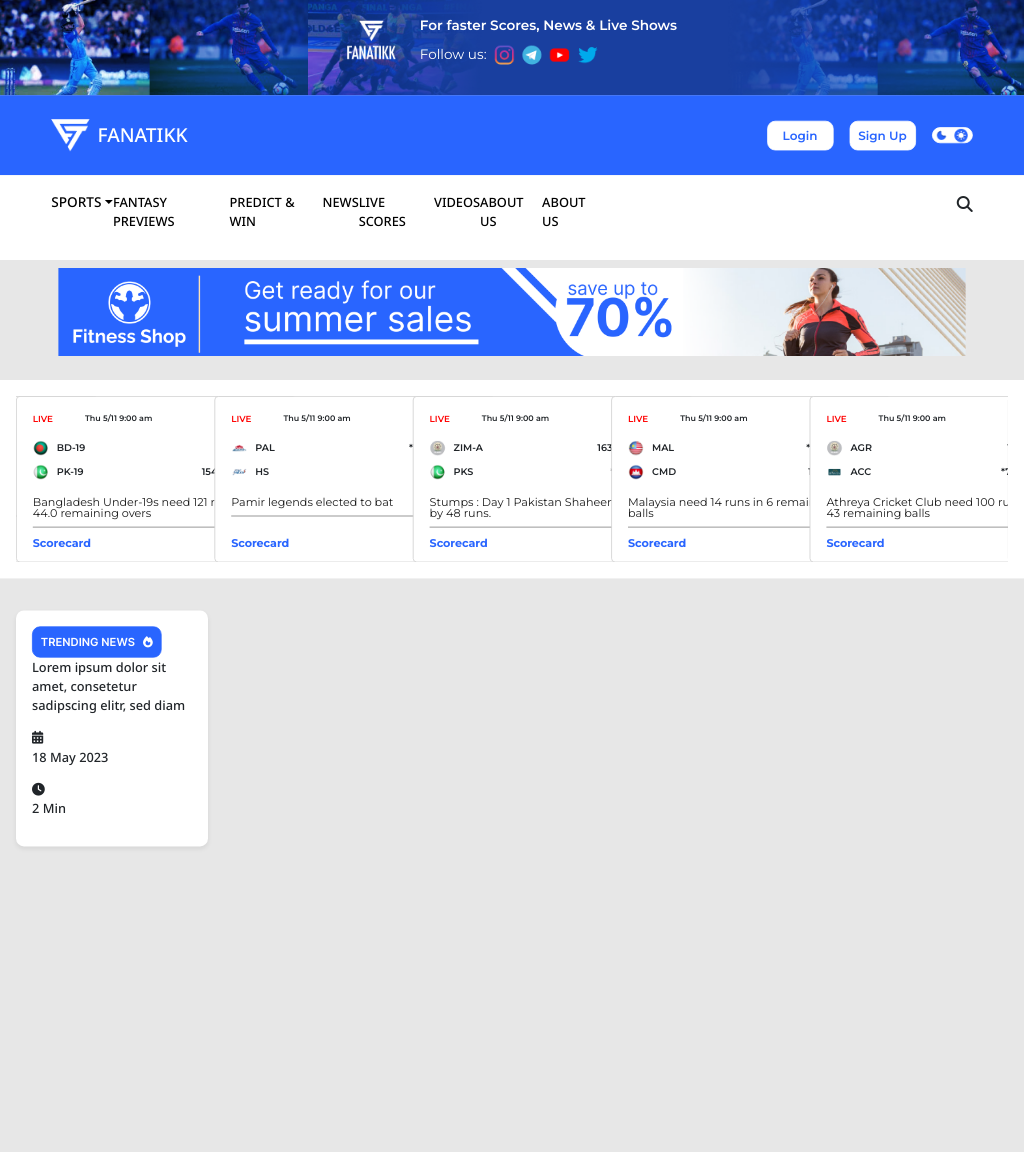
Repository: FlyweisReact/Kannapa
Page: /
An editor plug-in stored every save of this project. The page is shown before and after the next save, followed by the edit.
The browser window is 1280 px wide. The pictures show the whole page, at 80% of full size.
Some web libraries are served in a nearby version. The project was rebuilt for these pictures with package versions that can differ from the ones it lists, and the page was loaded fresh each time. Also part of the build but not shown: src/Components/Layout/Footer.js, src/Components/Sliders/Index-video-Slider.js, src/Components/firstScreen.jsx, src/Components/secondScreen.jsx, src/Components/thirdScreen.jsx, src/Components/fourthScreen.jsx, src/CSS/Footer.css.

Above is the page before, as saved 2023-06-03 13:34:03.

### public/index.html
<!DOCTYPE html>
<html lang="en">
  <head>
    <meta charset="utf-8" />
    <link rel="icon" href="%PUBLIC_URL%/favicon.ico" />
    <meta name="viewport" content="width=device-width, initial-scale=1" />
    <meta name="theme-color" content="#000000" />
    <meta
      name="description"
      content="Web site created using create-react-app"
    />
    <link rel="apple-touch-icon" href="%PUBLIC_URL%/logo192.png" />

    <link rel="manifest" href="%PUBLIC_URL%/manifest.json" />
    <link href="https://fonts.googleapis.com/css2?family=Roboto+Mono:ital,wght@1,300&display=swap" rel="stylesheet">
    <title>React App</title>
  </head>
  <body>
    <noscript>You need to enable JavaScript to run this app.</noscript>
    <div id="root"></div>
    <script src="https://code.jquery.com/jquery-3.6.0.min.js"></script>
    <script src="https://kit.fontawesome.com/b533b351e4.js" crossorigin="anonymous"></script>
  </body>
</html>

### src/index.js
import React from 'react';
import ReactDOM from 'react-dom/client';
import './index.css';
import App from './App';
import {BrowserRouter} from "react-router-dom";
import 'bootstrap/dist/css/bootstrap.min.css';
import 'slick-carousel/slick/slick.css';
import 'slick-carousel/slick/slick-theme.css';

const root = ReactDOM.createRoot(document.getElementById('root'));
root.render(
  <React.StrictMode>
    <BrowserRouter>
      <App />
    </BrowserRouter>
  </React.StrictMode>
);

### src/index.css
/* Fonts */
@font-face {
  font-family:  Noto Sans;
  src: url(../Fonts/NotoSans-Medium.ttf);
}
@font-face {
  font-family:  Montserrat;
  src: url(../Fonts/Montserrat-Italic-VariableFont_wght.ttf);
}
@font-face {
  font-family:  MontserratNormal;
  src: url(../Fonts/Montserrat-VariableFont_wght.ttf);
}
@font-face {
  font-family:  Inter;
  src: url(../Fonts/Inter-VariableFont_slnt\,wght.ttf);
}

/* Var() */
:root {
  --mediumFont: 24px;
}


body {
  margin: 0;
  font-family: NOto Sans;
  background-color: #e7e7e7 !important;
}
* {
  padding: 0;
  margin: 0;
  font-family: Noto Sans;
}
code {
  font-family:Noto Sans;
}
html{
  font-family: Noto Sans;
}

/* === first screen styling ====*/



.second1 {
  display: flex;
  justify-content: space-between;
  margin-left: 5%;
  width: 90%;
  margin-top: 30px;
  gap: 20px;
}
.second1l {
  width: 70%;
}
.second2 {
  background-color: #fff;
}
.second2 img {
  width: 100%;
}
.second2 p {
  font-family: "Segoe UI";
  font-style: normal;
  font-weight: 400;
  font-size: 19.5298px;
  line-height: 25px;
  text-align: left;
  color: #1d1d1d;
}

.second2 h2 {
  font-family: "Segoe UI";
  font-style: normal;
  font-weight: 700;
  font-size: 30.8351px;
  line-height: 53px;
  text-align: left;
  color: #1d1d1d;
}

.second2 h5 {
  font-family: "Segoe UI";
  font-style: normal;
  font-weight: 400;
  font-size: 20.6316px;
  line-height: 39px;
  text-align: left;
  color: #1d1d1d;
  margin: 5px;
}
.second2 h6 {
  text-align: left;
  font-weight: 400;
  font-size: 21.3053px;
  line-height: 29px;
  margin-top: 5px;
}
.sp {
  color: #2965ff;
}
.second1r {
  width: 30%;
}
.second3 {
  background-color: #fff;
  width: 100%;
  box-shadow: 0px 3.6px 7.2px rgba(0, 0, 0, 0.08);
  border-radius: 12px;
}
.second3 button {
  width: 123.8px;
  height: 44.2px;
  background: #2965ff;
  border-radius: 12px;
  color: #fff;
  border: none;
  margin-left: 0px;
  margin-top: 5px;
  margin-bottom: 5px;
}

.second4 {
  margin: 2px;
}
.second4 img {
  width: 100%;
  height: 200px;
  display: flex;
  flex-direction: column;
}
.second4 h6 {
  font-family: "Montserrat";
  font-style: normal;
  font-weight: 900;
  font-size: 13.2px;
  line-height: 17px;
  text-align: left;
  color: #1d1d1d;
  margin-top: 8px;
}
.second4 h3 {
  font-family: "Montserrat";
  font-style: normal;
  font-weight: 600;
  font-size: 22px;
  line-height: 31px;
  text-align: left;
  color: #1d1d1d;
  margin-top: 10px;
}

.horizontal {
  border: 1px solid #e6e6e6;
}

.second5 {
  display: flex;
  justify-content: space-between;
  margin-top: 10px;
  gap: 10px;
  width: 100%;
}
.second5l {
  width: 49%;
}
.second5r {
  width: 49%;
}
.second5l img {
  width: 100%;
  padding: 10px;
  border-radius: 12px;
}
.second5r {
  padding: 10px;
}
.second5r h6 {
  font-family: "Montserrat";
  font-style: normal;
  font-weight: 900;
  font-size: 13.2px;
  line-height: 17px;
  text-align: left;
  color: #1d1d1d;
}
.second5r p {
  font-family: "Montserrat";
  font-style: normal;
  font-weight: 600;
  font-size: 20.6px;
  line-height: 26px;
  text-align: left;
  color: #1d1d1d;
  margin-top: 5px;
}

.second6 {
  margin-top: 20px;
  width: 100%;
}
.second6 img {
  width: 100%;
}
.sec3 {
  margin-top: 40px;
}
.sec2 {
  margin-top: 40px;
}

.third1 {
  display: block;
  justify-content: center;
  gap: 20px;
  width: 90%;
  margin: auto;
  margin-top: 40px;

  background-color: #fff;
}
.third2 {
  width: 10%;
  height: 40px;
  background: #2965ff;
  border-radius: 4px;
  border: none;
  margin-top: 10px;
  margin-bottom: 10px;
  margin-right: 10px;
  color: #fff;
  font-family: "Noto Sans";
  font-style: normal;
  font-weight: 700;
  font-size: 14px;
  line-height: 19px;
  color: #ffffff;
}

.third3 {
  width: 10%;
  height: 40px;
  background: #bfbfbf;
  border-radius: 4px;
  border: none;
  margin-top: 10px;
  margin-bottom: 10px;
  margin-right: 10px;
  color: #fff;
  font-family: "Noto Sans";
  font-style: normal;
  font-weight: 700;
  font-size: 14px;
  line-height: 19px;
  color: #1d1d1d;
}

.third4 {
  display: flex;
  gap: 20px;
  justify-content: space-between;
  width: 90%;
  margin: auto;
  margin-top: 30px;
}
.third4l {
  width: 70%;
}
.third4r {
  width: 30%;
}
.third5 {
  display: flex;
  justify-content: space-between;
  background-color: #fff;
  height: 40px;
}
.third5 p {
  font-family: "Montserrat";
  font-style: normal;
  font-weight: 600;
  font-size: 16.7639px;
  line-height: 35px;
  margin-left: 20px;
  color: #1d1d1d;
  margin-bottom: 5px;
  margin-top: 10;
}
.third5 button {
  width: 10%;
  background: #2965ff;
  border-radius: 4px;
  border: none;
  color: #fff;
  height: 35px;
}
.third6 {
  display: grid;
  grid-template-columns: auto auto;
  margin-top: 20px;
  gap: 20px;
}
.third6itm {
  height: 100%;
  background: #ffffff;
  border: 1px solid #bfbfbf;
  box-shadow: 0px 2.21114px 4.42229px rgba(0, 0, 0, 0.08);
  border-radius: 11.0557px;
}
.third7 {
  display: flex;
  justify-content: space-between;
  width: 96%;
  margin: auto;
  margin-top: 20px;
}
.third7l {
  display: flex;
  gap: 10px;
}
.third7l img {
  height: 40px;
}
.third7 h5 {
  font-weight: 700;
  font-size: 20.478px;
  line-height: 21px;
  color: #000000;
  margin-top: 5px;
}
.third6itm h4 {
  font-family: "Arial";
  font-style: normal;
  font-weight: 600;
  font-size: 22.6891px;
  line-height: 22px;
  text-align: left;
  color: #000000;
  margin-top: 10px;
  margin-left: 6px;
}
.third6itm p {
  font-family: "Arial";
  font-weight: 400;
  font-size: 14.3724px;
  line-height: 20px;
  text-align: left;
  margin-top: 10px;
  margin-left: 6px;
  color: #2965ff;
}
.third6itm button {
  background: #2965ff;
  border-radius: 4.42229px;
  font-family: "Arial";
  font-style: normal;
  font-weight: 700;
  font-size: 24px;
  line-height: 19px;
  color: #ffffff;
  text-align: center;
  margin-top: 20px;
  width: 50%;
  height: 60px;
  border: none;
  margin-right: 46%;
}
.th5 {
  margin-top: 30px;
}

.third8 {
  background-color: #fff;
  border: 1px solid #bfbfbf;
}
.third9 {
  display: flex;
  justify-content: left;
  margin-left: 2%;
  margin-top: 10px;
}
.third9 button {
  background: #2965ff;
  border-radius: 10px;
  width: 30%;
  height: 40px;
  border: none;
  color: #fff;
}
.third10 {
  width: 95%;
  margin: auto;
  margin-top: 10px;
}
.third10 h4 {
  font-family: "Montserrat";
  font-style: normal;
  font-weight: 400;
  font-size: 24.1067px;
  line-height: 30px;
  text-align: left;
  color: #1d1d1d;
}
.third10 p {
  font-family: "Montserrat";
  font-style: normal;
  font-weight: 300;
  font-size: 14.9333px;
  line-height: 22px;
  text-align: left;
  color: #1d1d1d;
  margin-top: 12px;
}

.horizontal2 {
  width: 95%;
  margin: auto;
  border: 1px solid #bfbfbf;
  margin-top: 20px;
}
.third11 {
  margin-top: 20px;
  margin-bottom: 20px;
  font-family: "Montserrat";
  font-style: normal;
  font-weight: 700;
  font-size: 30.52px;
  line-height: 32px;
  color: #2965ff;
}

.third12 {
  margin-top: 30px;
  width: 100%;
}
.third12 img {
  width: 100%;
}

.third13 {
  margin-top: 30px;
  background-color: #fff;
}
.third14 {
  margin-top: 10px;
  width: 90%;
  margin: auto;
  display: flex;
}
.third14 button {
  border: none;
  background: #2965ff;
  border-radius: 10px;
  height: 40px;
  width: 40%;
  font-family: "Inter";
  font-style: normal;
  font-weight: 700;
  font-size: 15px;
  line-height: 25px;
  color: #ffffff;
}
.third15 {
  width: 90%;
  margin: auto;
  margin-top: 20px;
}
.third15 img {
  width: 100%;
}
.third15 h4 {
  font-family: "Montserrat";
  font-style: normal;
  font-weight: 700;
  font-size: 20.1067px;
  line-height: 26px;
  text-align: left;
  color: #1d1d1d;
  margin-top: 8px;
}
.third15 p {
  text-align: left;
  margin-top: 6px;
  font-family: "Montserrat";
  font-style: normal;
  font-weight: 300;
  font-size: 12.9333px;
  line-height: 32px;
  color: #1d1d1d;
}

.fourth1 {
  display: flex;
  width: 90%;
  margin: auto;
  margin-top: 30px;
  justify-content: space-between;
  gap: 20px;
}
.fourth1l {
  width: 70%;
}
.fourth1r {
  width: 30%;
}

.fourth2 {
  background: #0c1f4f;
}
.fourth3 {
  margin-top: 5px;
  padding-top: 10px;
  margin-left: 20px;
  display: flex;
  gap: 20px;
}
.fourth3 img {
  width: 50px;
}
.fourth3 h2 {
  font-family: "Noto Sans";
  font-style: normal;
  font-weight: 600;
  font-size: 20.04px;
  line-height: 25px;

  color: #ffffff;
}

.fourth3 p {
  font-family: "Noto Sans";
  font-style: normal;
  font-weight: 700;
  font-size: 15.48px;
  line-height: 18px;
  color: #ffffff;
  margin-bottom: 10px;
}

.fourth4 {
  background: #2965ff;
  box-shadow: 0px 1.64px 6.56px rgba(0, 0, 0, 0.08);
}

.fourth5 {
  display: flex;
  justify-content: space-between;
  margin-left: 5%;
  padding-top: 20px;
  width: 70%;
}
.fourth6 {
  display: flex;
  gap: 10px;
}
.fourth6 img {
  width: 50px;
  height: 50px;
}
.fourth6 h4 {
  margin-top: 10px;
  font-family: "Noto Sans";
  font-style: normal;
  font-weight: 700;
  font-size: 24.04px;
  line-height: 25px;
  color: #ffffff;
}
.fourth5 h2 {
  font-family: "Noto Sans";
  font-style: normal;
  font-weight: 700;
  font-size: 24.04px;
  line-height: 25px;
  color: #ffffff;
  margin-top: 10px;
}

.fourthP {
  margin-left: 15px;
  margin-top: 20px;
  padding-bottom: 20px;
  font-family: "Noto Sans";

  font-weight: 300;
  font-size: 18.3px;
  line-height: 22px;
  color: #ffffff;
}

.fourth7 {
  margin-top: 30px;
}
.fourth8 {
  width: 100%;
}
thead {
  background-color: #2965ff;
  height:30px;
  color: #fff;
}
.fourth9 {
  display: flex;
  gap: 10px;
}
.fourth9 img {
  width: 60px;
  height: 60px;
}
.fourth10 {
  display: flex;
  gap: 5px;
  flex-direction: column;
  margin-top: 12px;
}
.fourth10 h6{
  font-family: 'Noto Sans';
  font-style: normal;
  font-weight: 700;
  font-size: 15.9151px;
  line-height: 18px;
  color: #1D1D1D;
}
.fourth10 p{
  font-family: 'Noto Sans';
  font-style: normal;
  font-weight: 600;
  font-size: 13.6415px;
  line-height: 18px;

  color: rgba(29, 29, 29, 0.5);
  opacity: 0.5;
}

### src/CSS/Navbar.css
/**
 * === navbar styling ====
 *
 * @format
 */
.Stick-navbar{
    height: 100%;
    transition: box-shadow 0.3s ease;
    height: 100px;
}
.Navbar {
  display: flex;
  justify-content: space-between;
  background: #2965ff;
  padding: 20px;
  width: 100%;
  gap: 20px;
  position: fixed !important;
  top: 0;
  z-index: 999;
  transition: box-shadow 0.3s ease;
  align-items: center;
}

.Navbar .Left_Container {
  width: 30%;
}
.Navbar .Left_Container .Logo_Div {
  display: flex;
  gap: 10px;
  justify-content: center;
  align-items: center;
}
.Navbar .Left_Container .Logo_Div p {
  color: #fff;
  font-size: var(--mediumFont);
  margin: 0;
}
.Navbar .Left_Container .Logo_Div img {
  width: 47.73px;
  height: 40px;
}

.Navbar .Right_Container {
  width: 70%;
  display: flex;
  justify-content: center;
  gap: 40px;
}
.Navbar .Right_Container .Item {
  display: flex;
  justify-content: baseline;
}

.Navbar .Right_Container .Item p {
  font-size: 16px;
  cursor: pointer;
  color: #ffffff;
  padding-top: 2px;
}

.Navbar .Right_Container .Item .DropDown {
  border: none;
  color: #fff;
  font-size: 17px;
  cursor: pointer;
  color: #ffffff;
  margin: 0;
  padding: 0;
}
.Navbar .Right_Container .Item .fa-magnifying-glass {
  color: #fff;
  font-size: 18px;
  cursor: pointer;
  padding-top: 7px;
}
.Navbar .Right_Container .Item .Toggle{
  width: 51.43px;
  height: 19.03px;
  display: flex;
  justify-content: space-between;
  align-items: center;
  padding-left: 5px;
  padding-right: 5px;
  border-radius: 10px;
  background-color: #fff;
  border: 1px solid #fff;
  cursor: pointer;
  align-items: center;
  margin-top: 8px;
}


/* Header 2 */
.Header1 {
  background-image: url("../../public/Images/22.png");
  color: #ffffff;
  width: 100%;
  background-repeat: no-repeat;
  background-size: cover;
  height: 119px;
  padding: 20px;
}
.Header1 .Main {
  display: flex;
  align-items: center;
  justify-content: center;
  gap: 30px;
}
.Header1 .Main p {
  margin: 0;
}
.Header1 .Main .Head {
  font-family: MontserratNormal;
  font-weight: 600;
  font-size: 17px;
  color: #ffffff;
}

.Header1 .Main .Two {
  display: flex;
  gap: 10px;
  margin-top: 10px;
  align-items: center;
}
.Header1 .Main .Two p {
  font-family: MontserratNormal;
  font-style: normal;
  font-weight: 400;
  font-size: 17px;
  line-height: 17px;
  color: #ffffff;
}
.Header1 .Main .Social {
  display: flex;
  gap: 10px;
  align-items: center;
}

/* Fading Navbar */

.Fading_Nav {
  display: flex;
  justify-content: space-between;
  background: #2965ff;
  padding: 30px;
  width: 100%;
  gap: 20px;
  align-items: center;
  padding-left: 5%;
  padding-right: 5%;
}

.Fading_Nav .Left_Container {
  width: 30%;
}
.Fading_Nav .Left_Container .Logo_Div {
  display: flex;
  gap: 10px;
  justify-content: flex-start;
  align-items: center;
}
.Fading_Nav .Left_Container .Logo_Div p {
  color: #fff;
  font-size: var(--mediumFont);
  margin: 0;
}
.Fading_Nav .Left_Container .Logo_Div img {
  width: 47.73px;
  height: 40px;
}

.Fading_Nav .Right_Container {
  width: 70%;
  display: flex;
  justify-content: flex-end;
  gap: 20px;
  align-items: center;
}
.Fading_Nav .Right_Container button {
  font-family: MontserratNormal;
  font-style: normal;
  font-weight: 600;
  width: 83px;
  height: 37px;
  border-radius: 10px;
  font-size: 15px;
  line-height: 19px;
  color: #2965ff;
  background-color: #fff;
  border: 1px solid #fff;
  cursor: pointer;
}
.Fading_Nav .Right_Container .Toggle {
  width: 51.43px;
  height: 19.03px;
  display: flex;
  justify-content: space-between;
  align-items: center;
  padding-left: 5px;
  padding-right: 5px;
}


/* Fading Category */
.Fading_Category{
    display: flex;
    justify-content: space-between;
    padding: 20px;
    background-color: #fff;
    padding-left: 5%;
    padding-right: 5%;
}
.Fading_Category .Left_Container {
    display: flex;
    justify-content: space-between;
    width: 60%;
}

.Fading_Category .Left_Container .Item {
    display: flex;
    justify-content: baseline;
  }

  .Fading_Category .Left_Container .Item p {
    font-size: 16px;
    cursor: pointer;
    color: #000;
    padding-top: 2px;
  }

  .Fading_Category .Left_Container .Item .DropDown {
    border: none;
    font-size: 17px;
    cursor: pointer;
    color: #000;
    margin: 0;
    padding: 0;
    border: none;
  }

.Fading_Category .Right_Container i{
    font-size: 20px;
    padding-top: 7px;
}


/* Fading Effect */
.HomePage{
    min-height: 200vh;
}
.fade-out{
    opacity: 0;
    transition: opacity 0.5s;
    height: 0;
    overflow: hidden;
}
.fade-in{
    opacity: 1;
    transition: opacity 0.5s;
    height: auto;
    overflow: hidden;
    width: 100%;
}

### src/CSS/Component.css
/** @format */

/* Fading Header */

/* Home Screen */
.Index_Center_Banner {
  width: 100%;
  padding: 10px;
}

.Index_Center_Banner img {
  width: 90%;
  display: block;
  margin: auto;
}

.Index_Center_GIF {
  width: 100%;
  padding: 10px;
}

.Index_Center_GIF img {
  width: 90%;
  display: block;
  margin: auto;
  height: 500px;
}

.Index_Center_Desc {
  display: flex;
  width: 90%;
  padding: 10px;
  margin: auto;
}

.Index_Center_Desc .Main_Comp {
  text-align: left;
}
.Index_Center_Desc .Main_Comp .head {
  font-size: 36px;
  color: #1d1d1d;
  text-shadow: 0px 1px 1px rgba(37, 37, 37, 0.5);
  margin: 0;
}

.Index_Center_Desc .Main_Comp .Two_Sec {
  display: flex;
  gap: 10px;
  align-items: flex-start;
}
.Index_Center_Desc .Main_Comp .Two_Sec img {
  height: 20px;
  margin-top: 4px;
}

.Index_Center_Desc .Main_Comp .Two_Sec p {
  color: rgba(29, 29, 29, 0.6);
  text-shadow: 0px 1px 1px rgba(37, 37, 37, 0.5);
  font-style: italic;
}

.Index_Center_Desc .Main_Comp .desc p {
  font-size: 16px;
  line-height: 24px;
  align-items: center;
  color: rgba(29, 29, 29, 0.6);
  max-width: 60%;
  font-style: italic;
  margin: 0;
}
.first5 p u {
  color: #333;
}

.Index_Logo_Div {
  display: flex;
  justify-content: space-between;
  align-items: center;
  width: 90%;
  margin: auto;
  padding-top: 10px;
  padding-bottom: 10px;
}
.Index_Logo_Div .Left_Comp {
  display: flex;
  gap: 10px;
  align-items: center;
}
.Index_Logo_Div .Right_Comp img {
  cursor: pointer;
}

.Index_Video_Slider {
  width: 90%;
  display: block;
  margin: auto;
  padding-top: 10px;
  padding-bottom: 10px;
}

.Video_Slider {
  width: 100%;
  /* padding: 20px; */
  display: block;
  margin: auto;
}
.Video_Slider .Main_Item {
  background: #ffffff;
  border: 1px solid #1d1d1d;
  border-radius: 10px;
  height: 400px;
}
.Video_Slider .Main_Item img {
  width: 100%;
  border-radius: 10px 10px 0px 0px;
}
.Video_Slider .Main_Item p {
  padding: 10px;
  font-family: Montserrat;
  font-size: 15px;
  line-height: 18px;
  color: #1d1d1d;
}
.Video_Slider .Main_Item:focus {
  outline: none;
}

.Index_Center_Button {
  width: 90%;
  display: block;
  margin: auto;
  padding-top: 10px;
  padding-bottom: 10px;
  margin-top: 2%;
  position: relative;
}
.Index_Center_Button button {
  font-family: Montserrat;
  font-size: 16px;
  line-height: 20px;
  text-transform: uppercase;
  width: 256px;
  color: #ffffff;
  background: #2965ff;
  border: 1px solid #2965ff;
  border-radius: 25px;
  padding: 10px;
  display: block;
  margin: auto;
}

.Index_Center_Button .empty {
  height: 4px !important;
  position: absolute;
  top: 50%;
  left: 50%;
  transform: translate(-50%, -50%);
  z-index: -1;
  background-color: #2965ff;
  width: 100%;
}

.Index_Three_Cont {
  width: 90%;
  display: grid;
  grid-template-columns: auto auto auto;
  gap: 20px;
  margin: auto;
  padding-top: 20px;
}
.Index_Three_Cont .Main_Component .head {
  font-family: Montserrat;
  font-style: normal;
  font-weight: 700;
  font-size: 22.3418px;
  line-height: 30px;
  color: #1d1d1d;
}
.Index_Three_Cont .Main_Component img {
  width: 100%;
}
.Index_Three_Cont .Main_Component .desc {
  font-family: Montserrat;
  font-style: normal;
  font-weight: 300;
  font-size: 15.9584px;
  line-height: 40px;
}

/* Score_Card_Slider */
.ScoreCard_Slider {
  background-color: #ffffff;
  padding: 20px;
  margin-top: 20px;
  margin-bottom: 20px;
}
.ScoreCard_Slider .Main_Item {
  border: 1px solid #cfcfcf;
  background-color: #fff;
  border-radius: 5px;
  padding: 20px;
  width: 350px !important;
  height: 208px !important;
  position: relative;
}
.ScoreCard_Slider .Main_Item .two_Sec {
  display: flex;
  gap: 40px;
  align-items: center;
  margin-bottom: 20px;
}
.ScoreCard_Slider .Main_Item .two_Sec p {
  margin: 0;
  font-family: MontserratNormal;
  font-style: normal;
  font-weight: 600;
  font-size: 10px;
  line-height: 14px;
}
.ScoreCard_Slider .Main_Item .two_Sec .first {
  margin: 0;
  font-family: MontserratNormal;
  font-style: normal;
  font-weight: 600;
  font-size: 11px;
  line-height: 14px;
  color: #ff0000;
}
.ScoreCard_Slider .slick-next:before {
  display: none !important;
}

.ScoreCard_Slider .Main_Item .Flags_Div {
  display: flex;
  justify-content: space-between;
  align-items: center;
  gap: 10px;
  margin-top: 10px;
}

.ScoreCard_Slider .Main_Item .Flags_Div div {
  display: flex;
  gap: 10px;
  align-items: center;
}
.ScoreCard_Slider .Main_Item .Flags_Div div p {
  margin: 0;
  font-family: MontserratNormal;
  font-style: normal;
  font-weight: 600;
  font-size: 12px;
  line-height: 17px;
}
.ScoreCard_Slider .Main_Item .desc {
  color: #1d1d1d;
  font-family: MontserratNormal;
  font-style: normal;
  font-weight: 400;
  font-size: 14px;
  line-height: 14px;
  width: 90%;
  margin: 0;
  margin-top: 20px;
}
.ScoreCard_Slider .Main_Item .empty {
  background-color: #bfbfbf;
  width: 100%;
  height: 2px;
  margin-top: 10px;
}
.ScoreCard_Slider .Main_Item .Scorecard {
  font-family: MontserratNormal;
  font-style: normal;
  font-weight: 700;
  font-size: 14px;
  line-height: 14px;
  position: absolute;
  letter-spacing: -0.11px;
  color: #2965ff;
  bottom: 0;
}

/* Index_Three_Sec_Layout */
.Index_Three_Sec_Layout {
  width: 100%;
  padding: 20px;
  display: flex;
  gap: 20px;
}
.Index_Three_Sec_Layout .left_Comp {
  width: 20%;
}
.Index_Three_Sec_Layout .Mid_Comp {
  width: 60%;
}
.Index_Three_Sec_Layout .Right_Comp {
  width: 20%;
}

.Index_Three_Sec_Layout .left_Comp .Trading_News {
  background-color: #fff;
  padding: 20px;
  box-shadow: 0px 3px 6px rgba(0, 0, 0, 0.08);
border-radius: 10px;
}
.Index_Three_Sec_Layout .left_Comp .Trading_News button {
  background-color: #2965ff;
  color: #fff;
  border: 1px solid #2965ff;
  text-transform: uppercase;
  border-radius: 10px;
  font-style: normal;
  font-weight: 600;
  font-size: 14px;
  line-height: 17px;
  font-family: Inter;
  padding: 10px;
  display: flex;
  gap: 10px;
  align-items: center;
}

.Index_Three_Sec_Layout .left_Comp .Trading_News

Loaded but not shown: src/App.css (common file); src/Components/Sliders/ScoreCard.js (443 lines, source omitted); src/Pages/HomeScreen.js (83 lines, source omitted); src/Components/Layout/Navbar.js (71 lines, source omitted); src/Components/Layout/FadingNav/FadingCategory.js (57 lines, source omitted); src/App.js (32 lines, source omitted); src/Components/Layout/FadingNav/FadingNav.js (27 lines, source omitted); src/Components/Layout/FadingNav/Header1.js (32 lines, source omitted)

After the next save:
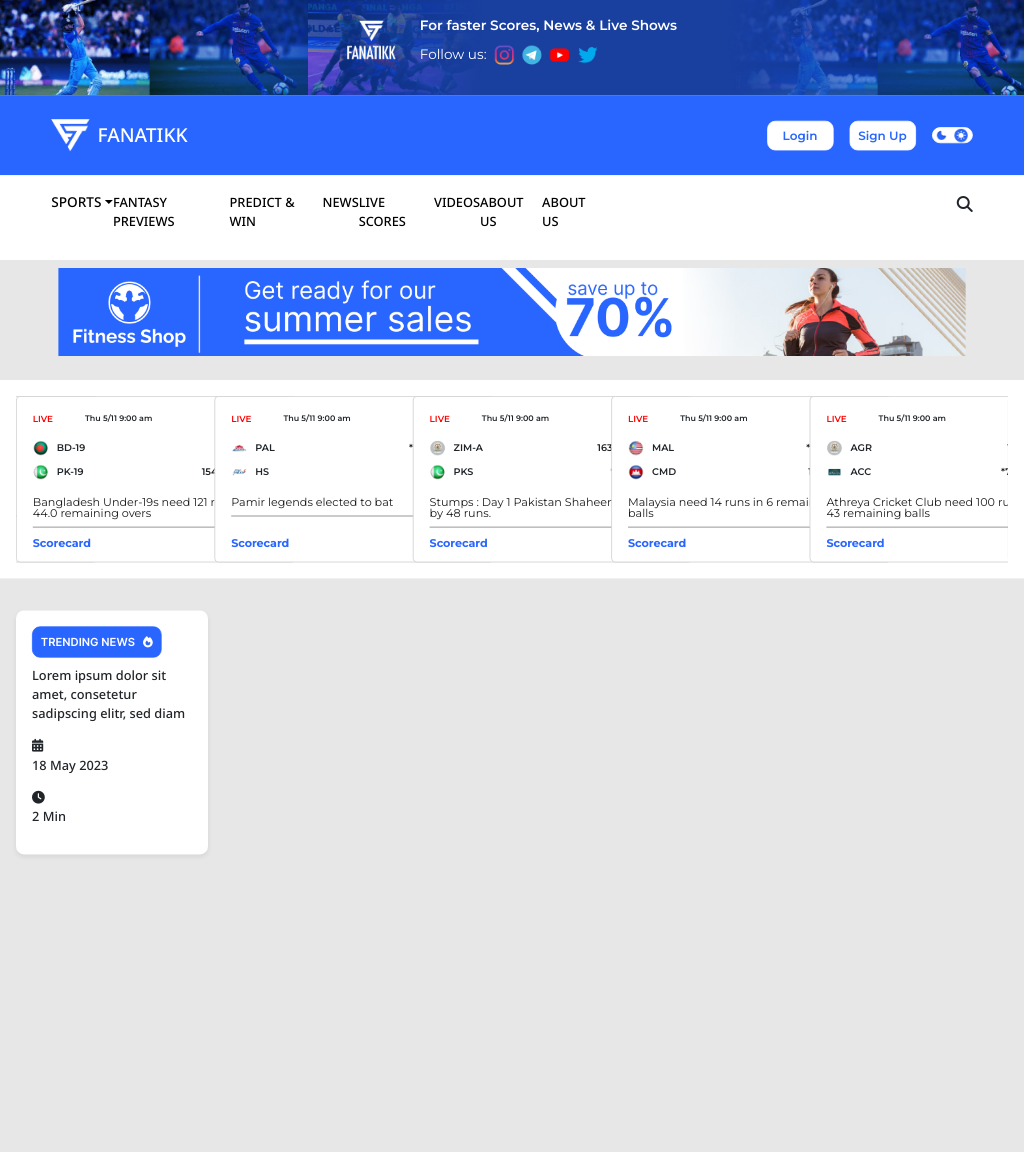
Saved 5 s later.
--- a/src/CSS/Component.css
+++ b/src/CSS/Component.css
@@ -320,4 +320,6 @@ border-radius: 10px;
   align-items: center;
 }
 
-.Index_Three_Sec_Layout .left_Comp .Trading_News
+.Index_Three_Sec_Layout .left_Comp .Trading_News .desc{
+  margin-top: 10px;
+}
